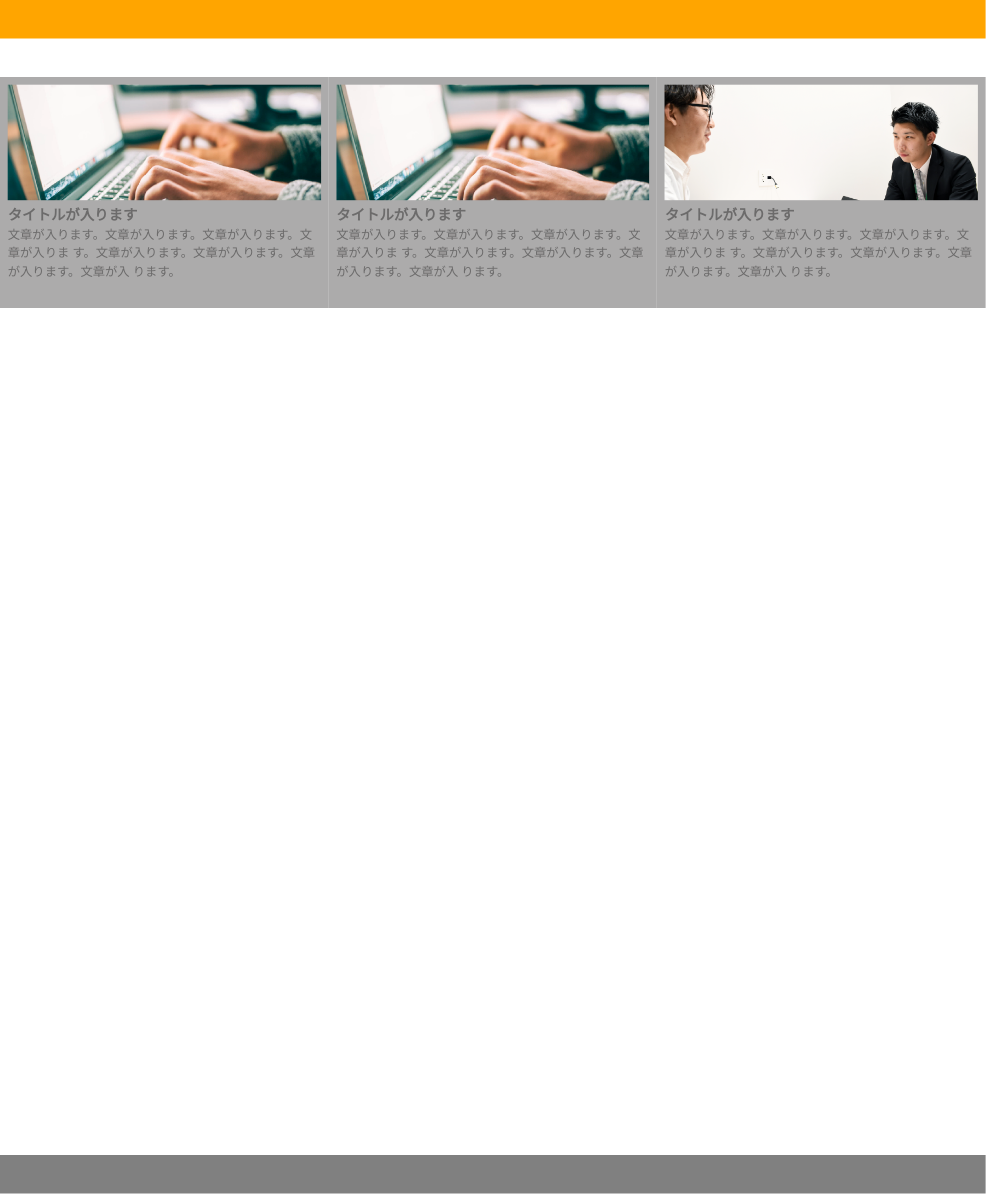
Repository: 220416/kadai1
Page: html/responsive.html
The author's editor kept a record of every edit. The page is drawn from the files as they stood at one moment, then again after the next edit.
The browser window is 1280 px wide. The pictures show the whole page, at 77% of full size.

Above is the page before.

After the next edit:
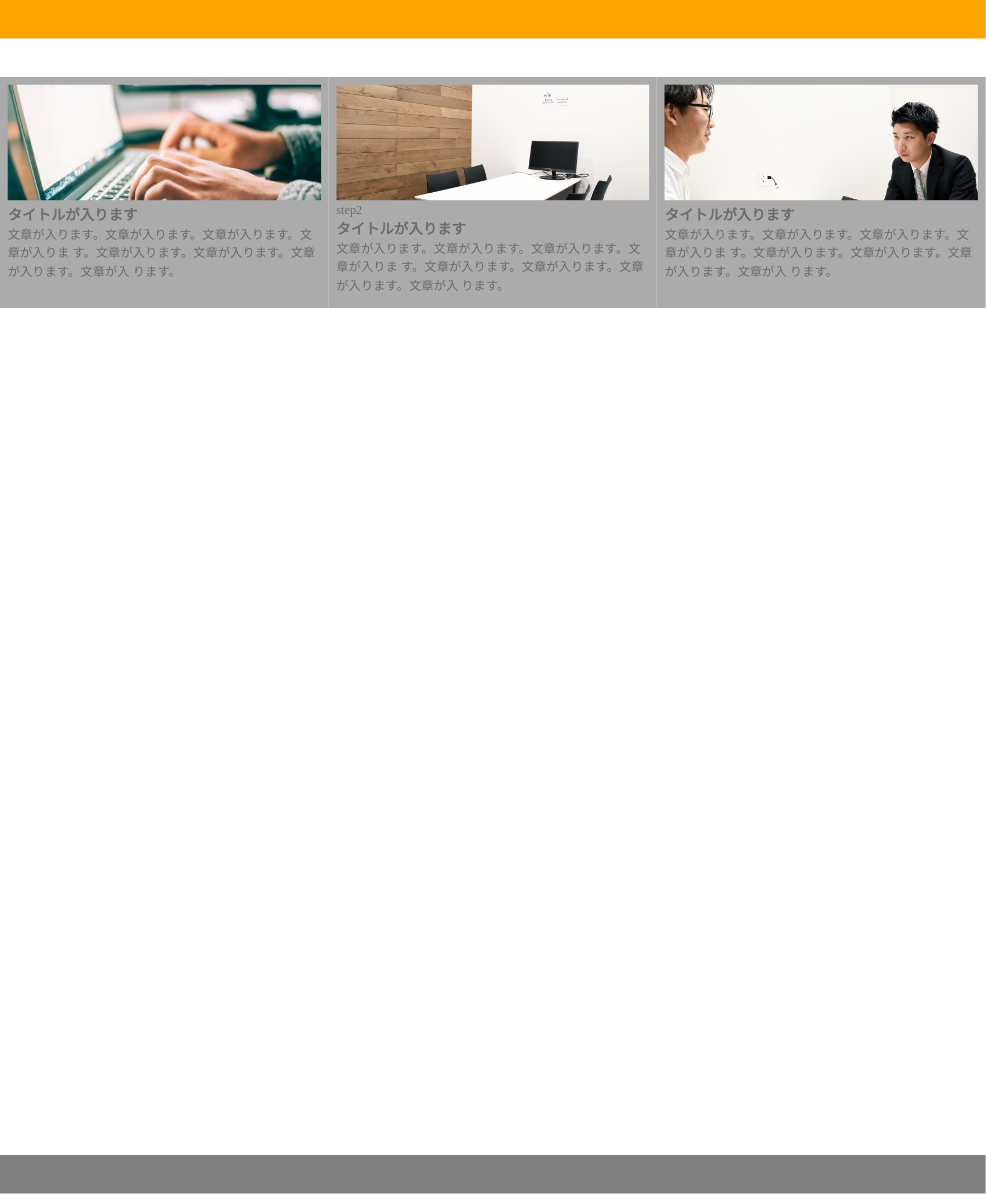
The edit:
--- a/html/responsive.html
+++ b/html/responsive.html
@@ -23,7 +23,8 @@
     </div>
 
     <div class="main-visual">
-      <img class="image" src="img/flow01.png">
+      <img class="image" src="img/flow02.png">
+      <p class="step"> step2 </p>
       <div class="main-visual-content">
         <h3 class ="ain-visual-text">タイトルが入ります</h3>
         <p class="main-visual-text">文章が入ります。文章が入ります。文章が入ります。文章が入りま
